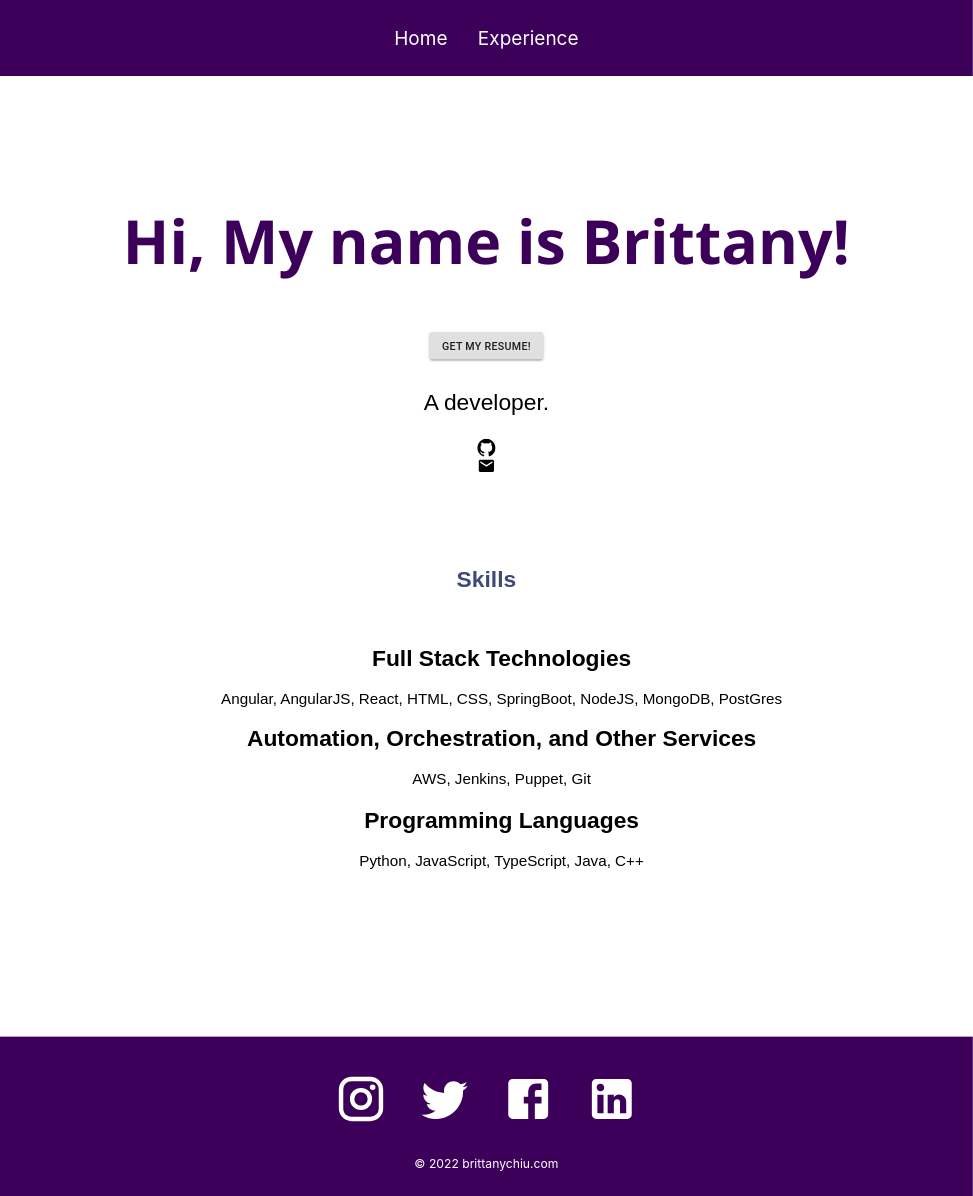
Repository: chiubacca94/chiufolio
Page: /
The author's editor kept a copy of each file at every save. The page is drawn from the files as they stood at one save, then again after the next save.
The browser window is 1280 px wide. The pictures show the whole page, at 76% of full size.
The project was rebuilt for these pictures with package versions that can differ from the ones it lists, and the page was loaded fresh each time. Also part of the build but not shown: src/components/Projects/Projects.js, src/components/Experiences/Experiences.js.

Above is the page before, as saved 2022-07-04 12:39:20.

After the next save:
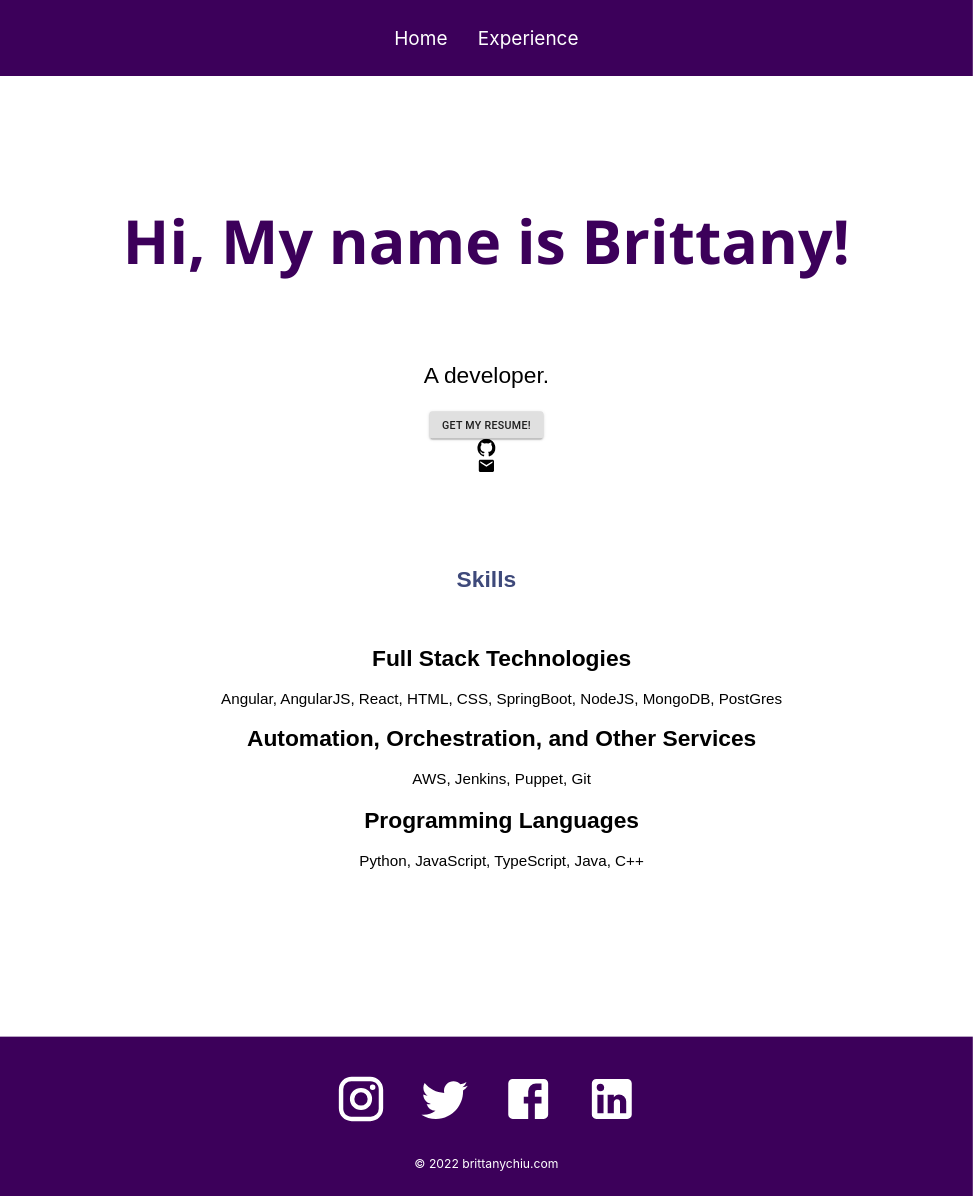
Saved 22 s later.
--- a/src/components/Home/Home.js
+++ b/src/components/Home/Home.js
@@ -9,8 +9,8 @@ export default function Home() {
     <div className='home'>
         <div className='about'>
             <h2>Hi, My name is Brittany!</h2>
+            <div className='prompt'><p> A developer.</p></div>
             <Button variant='contained'>Get my Resume!</Button>
-            <div className='prompt'><p> A developer.</p></div>
             <GitHubIcon />
             <EmailIcon />
         </div>
